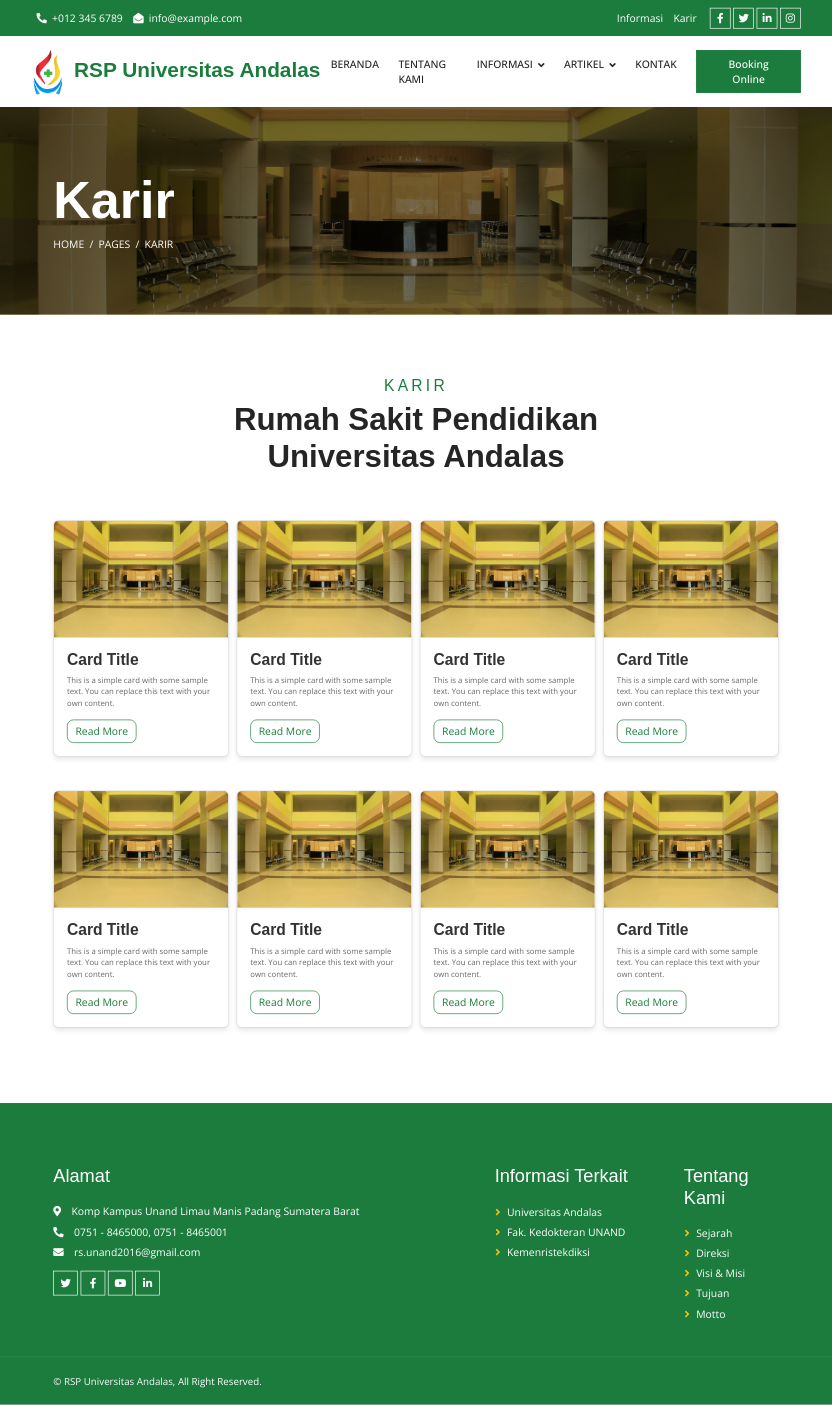
Repository: vivin-erialis/rsunand-site
Page: http://localhost/karir
These files come from the project's save history. The page is drawn as it stood at one moment and after the next save; the edit follows.
The browser window is 1280 px wide. The pictures show the whole page, at 65% of full size.
Some web fonts or font styles are not loaded; a fallback is used. Some web libraries are served in a nearby version. The page is served by the project's Laravel application, run on PHP 8.4 with Laravel 12.

Above is the page before, as saved 2024-04-29 09:45:33.
Console error: TypeError: Cannot read properties of undefined (reading 'version')

After the next save:
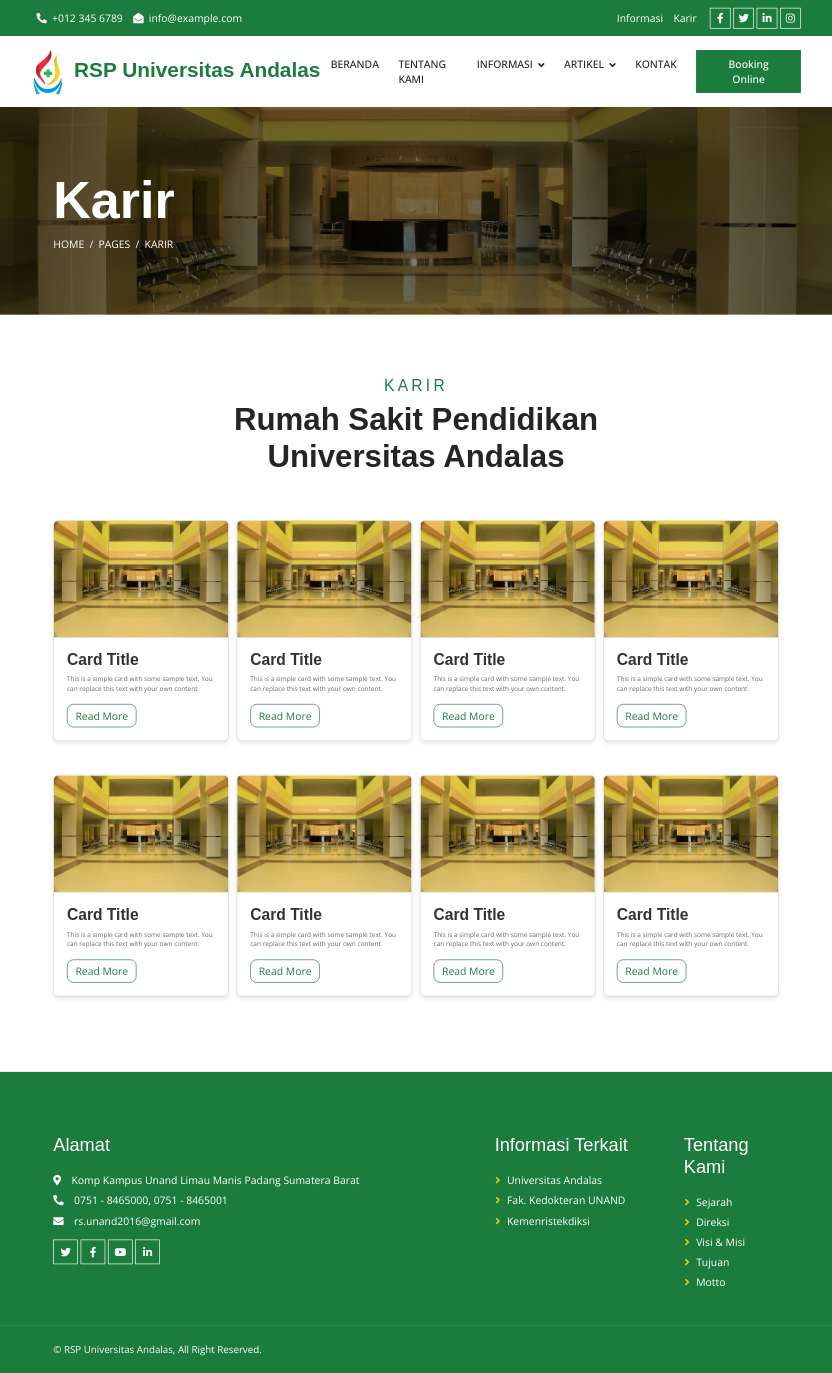
Saved 7 s later.
--- a/public/assets/css/style.css
+++ b/public/assets/css/style.css
@@ -603,7 +603,7 @@
 
   .card-text {
     color: #666;
-    font-size: 12px !important;
+    font-size: 10px !important;
   }
 
   .card-button {
